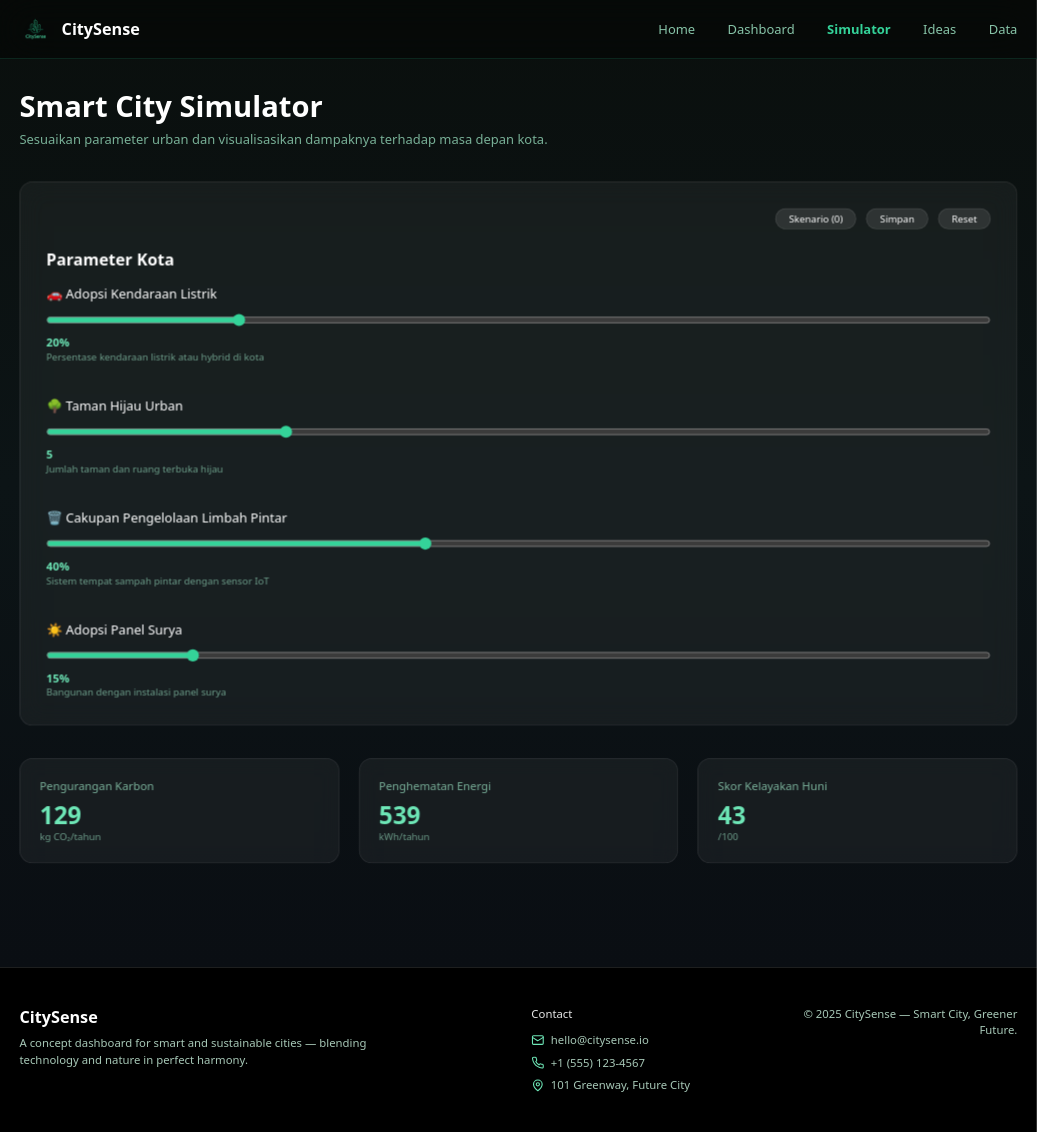
Repository: crashyet/CitySense
Page: /simulator
These files come from the project's save history. The page is drawn as it stood at one moment and after a run of saves; the edit follows.
The browser window is 1280 px wide. The pictures show the whole page, at 81% of full size.
The project was rebuilt for these pictures with package versions that can differ from the ones it lists, and the page was loaded fresh each time. Also part of the build but not shown: vite.config.js, src/pages/landing/Hero.jsx, src/pages/landing/DashboardPreview.jsx, src/pages/landing/Infographic.jsx, src/pages/landing/Community.jsx, src/pages/landing/index.jsx, src/components/EnergyPieChart.jsx, src/components/TrafficCongestionChart.jsx and 4 more.

Above is the page before, as saved 2025-11-18 16:00:33.

After the next 2 saves:
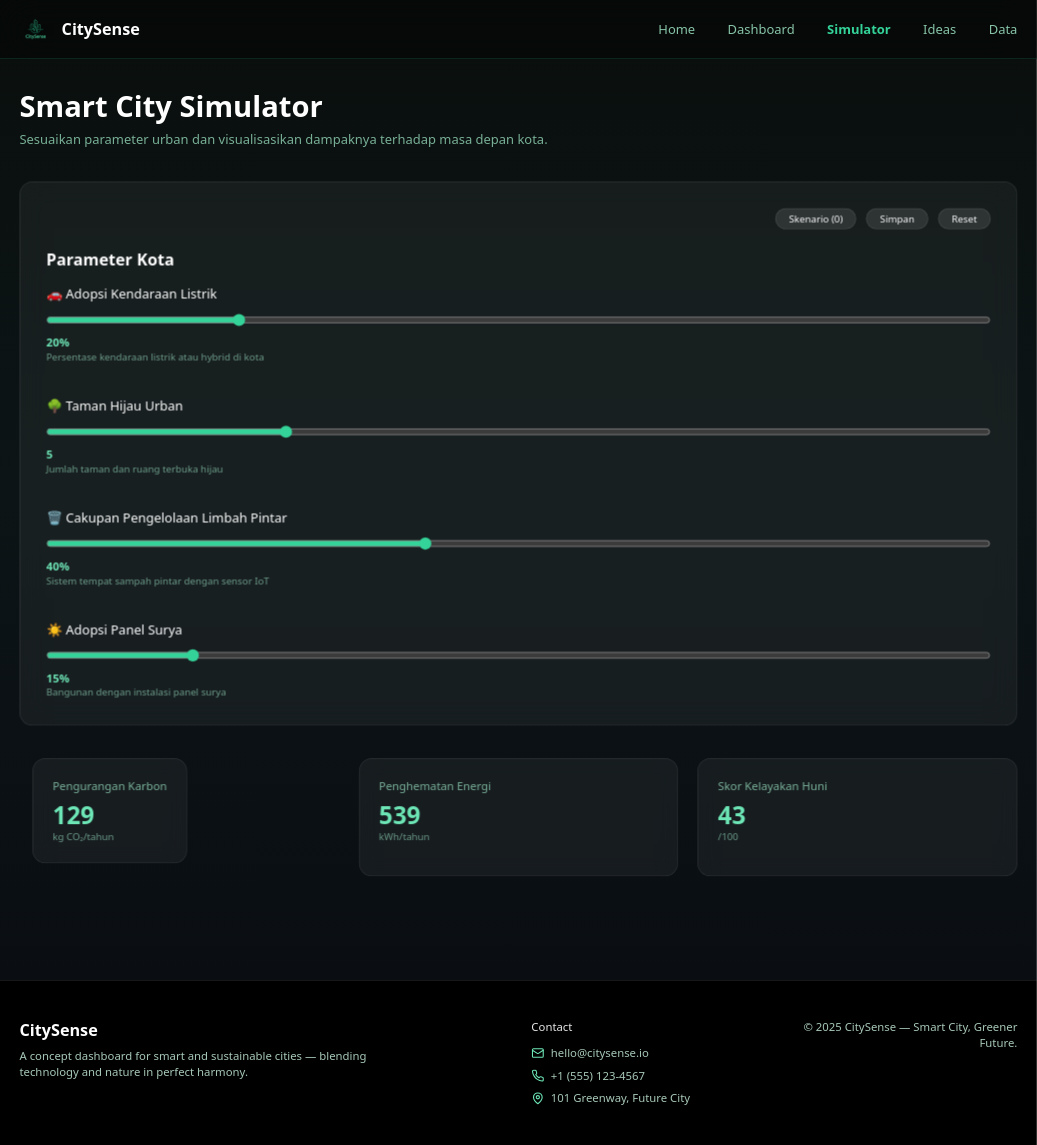
The 2 saves are shown as one change because 1 did not build or start.
The last was saved 20 s later.
--- a/src/pages/Simulator/index.jsx
+++ b/src/pages/Simulator/index.jsx
@@ -135,7 +135,7 @@
           <div className="mt-10 grid grid-cols-1 sm:grid-cols-2 lg:grid-cols-3 gap-6">
 
             {/* RED CARBON */}
-            <div>
+            <div class="flex items-center gap-4 mb-4">
               <div></div>
             <div className="p-6 rounded-2xl bg-white/5 backdrop-blur-md border border-white/10">
               <p className="text-sm text-emerald-200/70">Pengurangan Karbon</p>

After the 3 saves that followed:
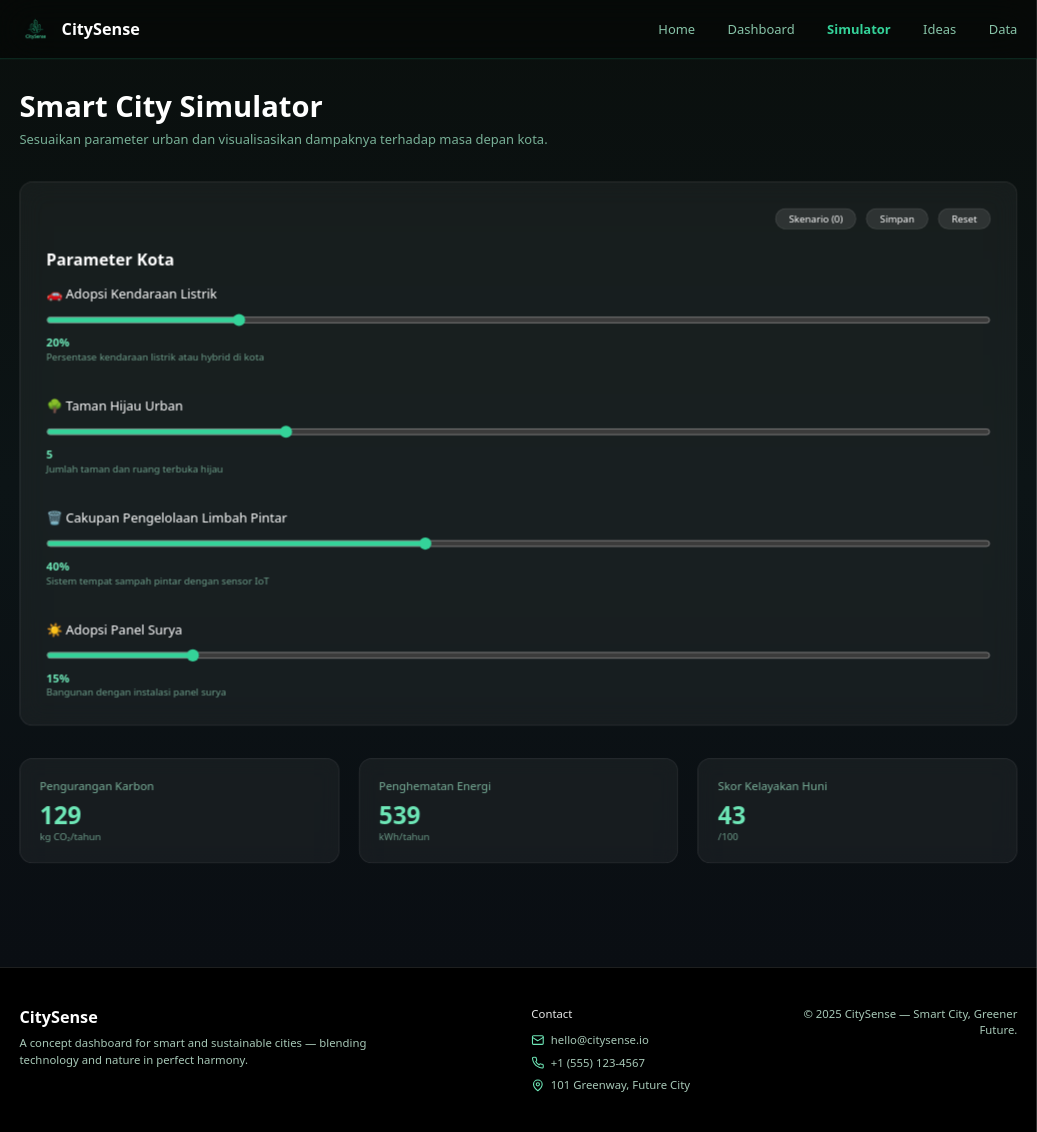
The 3 saves are shown as one change because 1 did not build or start and some came seconds apart.
The last was saved 57 s later.
--- a/src/pages/Simulator/index.jsx
+++ b/src/pages/Simulator/index.jsx
@@ -135,14 +135,12 @@
           <div className="mt-10 grid grid-cols-1 sm:grid-cols-2 lg:grid-cols-3 gap-6">
 
             {/* RED CARBON */}
-            <div class="flex items-center gap-4 mb-4">
-              <div></div>
             <div className="p-6 rounded-2xl bg-white/5 backdrop-blur-md border border-white/10">
               <p className="text-sm text-emerald-200/70">Pengurangan Karbon</p>
               <h3 className="text-3xl font-semibold mt-2 text-emerald-300">129</h3>
               <p className="text-xs text-emerald-200/60">kg CO₂/tahun</p>
             </div>
-</div>
+
             {/* ENERGY SAVINGS */}
             <div className="p-6 rounded-2xl bg-white/5 backdrop-blur-md border border-white/10">
               <p className="text-sm text-emerald-200/70">Penghematan Energi</p>
